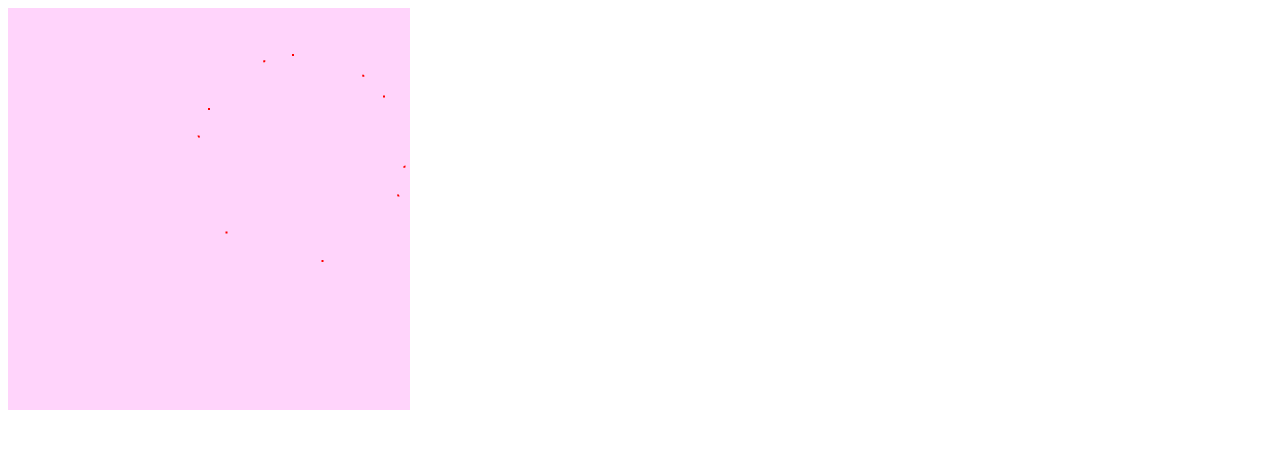
Repository: HyunraDate/ZhongpingShen
Page: Chocolate.html
An editor plug-in stored every save of this project. The page is shown before and after a run of saves, followed by the edit.
The browser window is 1280 px wide. The pictures show the whole page.

Above is the page before, as saved 2024-02-16 14:41:57.

### Chocolate.html
 <!DOCTYPE html>
 <html lang="en">
 <head>
    <meta charset="UTF-8">
    <meta name="viewport" content="width=device-width, initial-scale=1.0">
    <title>Valentines Day</title>
    <style>
      #webgl {
         border: 1px solid #ffd4fb;
      }
    </style>
 </head>

 <body>
    <canvas id="webgl" width="400" height="400">
      情人节快乐！
    </canvas>
    <script type="module" src="app2.js"></script>
 </body>
 </html>

### app2.js
//js往shader里传数据
import initShaders from './initShaders.js'

let canvas = document.getElementById('webgl')
let gl = canvas.getContext('webgl') //webgl 是3d，2d直接写2d


//vertexShader, fragmentShader 组成program


//后面要独立出来 因为these are all 字符串
//if you wanna use JS get data, like point

let vertexShader = `
attribute vec2 a_position;
void main() {
    gl_Position = vec4(a_position, 0.0, 1.0);
    gl_PointSize = 2.0;
}
`
//glsl

//this is 像素点的颜色的信息
let fragmentShader = `
void main() {
    gl_FragColor = vec4(1.0, 0.0, 0.0, 1.0);
}
`
//vec4是四维的向量
//对于三维空间的变换举证，必须要四维works, depends on 线性代数。一般为了简化运算是1.0 bzw.vec4(1.0, 0.0, 0.0, 1.0);
//usually float like:float size = 20.0; gl_PointSize = size;



initShaders(gl, vertexShader, fragmentShader) //执行函数
//==================in initShaders.js=========================================
// //Step3 封装成初始化的Shader 后面可以一直用
// function initShaders(gl, vertexSource, fragmentSource) {
//     let vertexShader = createShader(gl, gl.VERTEX_SHADER, vertexSource)
//     let fragmentShader= createShader(gl, gl.FRAGMENT_SHADER, fragmentSource)

//     let program = createProgram(gl, vertexShader, fragmentShader)

//     if (program){
//         gl.useProgram(program)
//         //为了获得program的作用域，所有把他挂在gl对象上，as a 属性
//         gl.program = program
//         return true
//     }
//     else{
//         console.log('failed to create program')
//         return false
//     }
// }

// console.log(gl.program)

// //this is 容器
// //let`s 封装
// /**
//  * create Shades Step1
//  */
// function createShader(gl, type, source){
//     let shader = gl.createShader(type)
//     gl.shaderSource(shader, source)

//     gl.compileShader(shader)

//     //complie shader result 有可能失败//对于错误的处理
//     let compiLe = gl.getShaderParameter(shader, gl.COMPILE_STATUS)
//     if (compiLe) {
//         return shader
//     }
//     else {
//         console.log('compile shader error' + error)
//         gl.deleteShader(shader)
//         return null
//     }
// }

// //咁你就可以直接调用函数啦 //封装去function initShaders里面啦
// // let vertexShader = createShader(gl, gl.VERTEX_SHADER, vertexSource)
// // let fragmentShader= createShader(gl, gl.FRAGMENT_SHADER, fragmentSource)

// //U dont need these anymore, they are in function now
// // let vertexShader = gl.createShader(gl.VERTEX_SHADER)
// // let fragmentShader = gl.createShader(gl.FRAGMENT_SHADER)

// // gl.shaderSource(vertexShader, vertexSource) //this is 源代码
// // gl.shaderSource(fragmentShader, fragmentSource)

// // gl.compileShader(vertexShader)
// // gl.compileShader(fragmentShader)

// //program
// /**
//  * create Program Step2
//  */
// function createProgram(gl, vertexShader, fragmentShader){ //()内传入参数
//     let program = gl.createProgram()
//     if(!program) return null //d.h 创建的时候如果有问题会变成null

//     gl.attachShader(program, vertexShader)
//     gl.attachShader(program, fragmentShader)

//     gl.linkProgram(program)
//     //link program result
//     let linked = gl.getProgramParameter(program, gl.LINK_STATUS)
//     if (linked) {
//         // gl.useProgram(program) 封装去function initShaders里面啦
//         return program
//     }
//     else{
//         let error = gl.getPrpgramInfoLog(program)
//         console.log('link program error' + error)
//         gl.deleteProgram(program)
//         gl.deleteShader(vertexShader)
//         gl.deleteShader(fragmentShader)
//         return null
//     }

// }

// 你也要封装去function initShaders里面啦
// createProgram(gl, vertexShader, fragmentShader)

//==================in initShaders.js=========================================

//webgl (3d) //清空canvas画布
//gl.clearColor(0.5, 0.5, 0.5, 1.0)  //(0.0, 0.0, 0.0, 1.0)Black //RGB + Ahpha透明通道，0.0完全透明
//gl.clear(gl.COLOR_BUFFER_BIT) //大写：常量 like Math.PI //this is 清空颜色*(整个画布)

//ps if you wanna #ffd4fb，你可以将其转换为RGB值，然后将每个分量除以255.0来得到相应的浮点数。
// 将颜色#ffd4fb转换为浮点数
let r = 255 / 255.0;
let g = 212 / 255.0;
let b = 251 / 255.0;

// 设置清除颜色
gl.clearColor(r, g, b, 1.0);
gl.clear(gl.COLOR_BUFFER_BIT)

//let position = [0.6, 0.0] //in this way 我们改东西只需要在js中改

let x = 0
let y = 0
let n = 1000
for(let i = 0; i < 10; i++){
    let r = 0.5
    x += Math.sin(i) * r
    y += Math.cos(i) * r //应该是个元


    let location = gl.getAttribLocation(gl.program, 'a_position') //传参：我们WebGL的名称：program
    console.log(location) //获取成功是0，失败是-1

    //写法2
    gl.vertexAttrib2f(location, x, y) //ES6写法
    //gl.vertexAttrib2fv(location, new Float32Array(position)) //both ok *这里2fv 有v
    //画一个点
    gl.drawArrays(gl.POINTS, 0, 1)
}


//写法1
//gl.vertexAttrib1f(location, 0.6, 0.0)
//1f float, 2f 2D, 3f 3D, 这段代码传到上面的 let vertexShader中。



//webgl (2d)
//ctx.fillRect(0, 0, 400, 400)
// gl.fillStyle = 'fuchsia'
// gl.fillRect(0, 0, 400, 400)

console.log(gl.program)
//因为后面画东西的时候会用到gl.program

### initShaders.js
//Step3 封装成初始化的Shader 后面可以一直用
export default function initShaders(gl, vertexSource, fragmentSource) {
    let vertexShader = createShader(gl, gl.VERTEX_SHADER, vertexSource)
    let fragmentShader= createShader(gl, gl.FRAGMENT_SHADER, fragmentSource)

    let program = createProgram(gl, vertexShader, fragmentShader)

    if (program){
        gl.useProgram(program)
        //为了获得program的作用域，所有把他挂在gl对象上，as a 属性
        gl.program = program
        return true
    }
    else{
        console.log('failed to create program')
        return false
    }
}

//console.log(gl.program)

//this is 容器
//let`s 封装
/**
 * create Shades Step1
 */
function createShader(gl, type, source){
    let shader = gl.createShader(type)
    gl.shaderSource(shader, source)

    gl.compileShader(shader)

    //complie shader result 有可能失败//对于错误的处理
    let compiLed = gl.getShaderParameter(shader, gl.COMPILE_STATUS)
    if (compiLed) {
        return shader
    }
    else {
        console.log('compile shader error' + error)
        gl.deleteShader(shader)
        return null
    }
}

//咁你就可以直接调用函数啦 //封装去function initShaders里面啦
// let vertexShader = createShader(gl, gl.VERTEX_SHADER, vertexSource)
// let fragmentShader= createShader(gl, gl.FRAGMENT_SHADER, fragmentSource)

//U dont need these anymore, they are in function now
// let vertexShader = gl.createShader(gl.VERTEX_SHADER)
// let fragmentShader = gl.createShader(gl.FRAGMENT_SHADER)

// gl.shaderSource(vertexShader, vertexSource) //this is 源代码
// gl.shaderSource(fragmentShader, fragmentSource)

// gl.compileShader(vertexShader)
// gl.compileShader(fragmentShader)

//program
/**
 * create Program Step2
 */
//把两个shader放在一起
function createProgram(gl, vertexShader, fragmentShader){ //()内传入参数
    let program = gl.createProgram()
    if(!program) return null //d.h 创建的时候如果有问题会变成null

    gl.attachShader(program, vertexShader)
    gl.attachShader(program, fragmentShader)

    gl.linkProgram(program)
    //link program result
    let linked = gl.getProgramParameter(program, gl.LINK_STATUS)
    if (linked) {
        // gl.useProgram(program) 封装去function initShaders里面啦
        return program
    }
    else{
        let error = gl.getPrpgramInfoLog(program)
        console.log('link program error' + error)
        gl.deleteProgram(program)
        gl.deleteShader(vertexShader)
        gl.deleteShader(fragmentShader)
        return null
    }

}

After the next 2 saves:
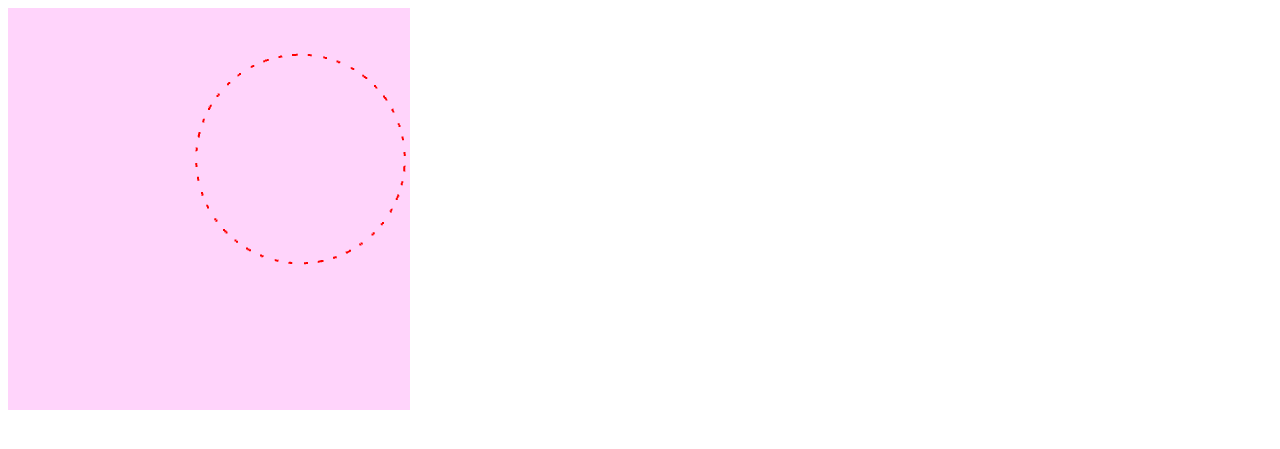
The 2 saves are shown as one change because they came seconds apart.
The last was saved 46 s later.
--- a/app2.js
+++ b/app2.js
@@ -144,8 +144,8 @@ gl.clear(gl.COLOR_BUFFER_BIT)
 
 let x = 0
 let y = 0
-let n = 1000
-for(let i = 0; i < 10; i++){
+let n = 100
+for(let i = 0; i < n; i++){
     let r = 0.5
     x += Math.sin(i) * r
     y += Math.cos(i) * r //应该是个元
